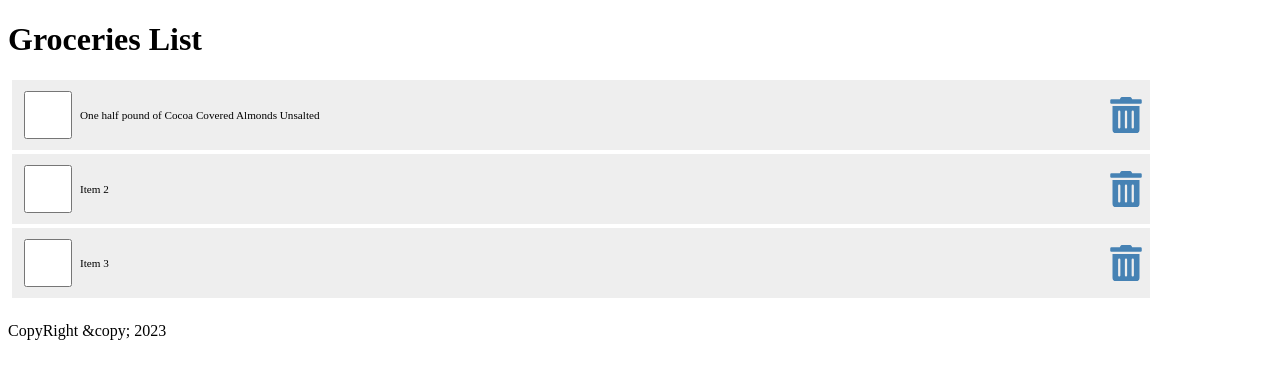
Repository: akinmiday/react-series
Page: /
An editor plug-in stored every save of this project. The page is shown before and after the next save, followed by the edit.
The browser window is 1280 px wide. The pictures show the whole page.
The project was rebuilt for these pictures with package versions that can differ from the ones it lists, and the page was loaded fresh each time. Also part of the build but not shown: vite.config.js, src/index.css.

Above is the page before, as saved 2023-08-21 18:52:13.

### src/App.jsx
import './App.css'
import Content from './Content'
import Footer from './Footer'
import Header from './Header'

const App = () => {



  return (
    <>
      <Header />
      <Content />
      <Footer />
    </>
  )
}

export default App

### src/App.css
ul {
    width: 90%;
    list-style: none;
    padding: 0 0.25rem 0.25rem;
}

ul li::before{
    content: "\200B";
}

.item{
    display: flex;
    justify-content: flex-start;
    align-items: center;
    padding: 0.5rem 0 0.5rem 0.5rem;
    margin: 0.25rem 0;
    background-color: #eee;
}

.item input[type="checkbox"] {
    text-align: center;
    width: 2.5rem;
    width: 48px;
    min-width: 48px;
    height: 2.5rem;
    height: 48px;
    min-height: 48px;
    cursor: pointer;
    margin-right: 0.5rem;
}

.item input[type="checkbox"]:focus + label{
text-decoration: underline;
}

.item > label{
    font-size: 0.7rem;
    flex-grow: 1;
}

.item svg{
    width: 48px;
    min-width: 48px;
    height: 36px;
    font-size: 2px;
    color: steelblue;
    cursor: pointer;
}

.item svg:focus,
.item svg:hover{
    color: red;
    outline: none;
}

### src/Content.jsx
import { useState } from 'react'
import { FaTrashAlt } from "react-icons/fa"

const Content = () => {

    const [items, setItems] = useState([
        {
            id: 1,
            checked: false,
            item: "One half pound of Cocoa Covered Almonds Unsalted"
        },
        {
            id: 2,
            checked: false,
            item: "Item 2"
        },
        {
            id: 3,
            checked: false,
            item: "Item 3"

        }
    ])

    const handleCheck = (id) => {
        const listItems = items.map((item) => item.id === id ? { ...item, checked: !item.checked } : item)
        setItems(listItems)
        localStorage.setItem("shoppinglist", JSON.stringify(listItems))
    }

    const handleDelete = (id) => {
        const listItems = items.filter((item) => item.id !== id)
        setItems(listItems)
        localStorage.setItem("shoppinglist", JSON.stringify(listItems))
    }


    return (
        <>
            {items.length ? (
                <ul>
                    {items.map((item) => (
                        <li className='item' key={item.id} >
                            <input
                                type='checkbox'
                                checked={item.checked}
                                onChange={() => handleCheck(item.id)}
                            />
                            <label
                                style={(item.checked) ? { textDecoration: 'line-through' } : null}
                                onDoubleClick={() => handleCheck(item.id)}
                            >{item.item}</label>
                            <FaTrashAlt
                                onClick={() => handleDelete(item.id)}
                                role='button'
                                tabIndex="0"
                            />
                        </li>
                    ))}
                </ul>
            ) : (
                <p style={{ marginTop: '2rem' }} >Your List is empty</p>
            )}
        </>
    )
}

export default Content

### src/Footer.jsx
const Footer = () => {
  const year = new Date()
  return (
    <div>
      <p>{`CopyRight &copy; ${year.getFullYear()}`} </p>
    </div>
  )
}

export default Footer

### src/Header.jsx
const Header = () => {
    return (
        <header>
            <h1>Groceries List</h1>
        </header>
    )
}

export default Header

Loaded but not shown: index.html (common file); src/main.jsx (common file)

After the next save:
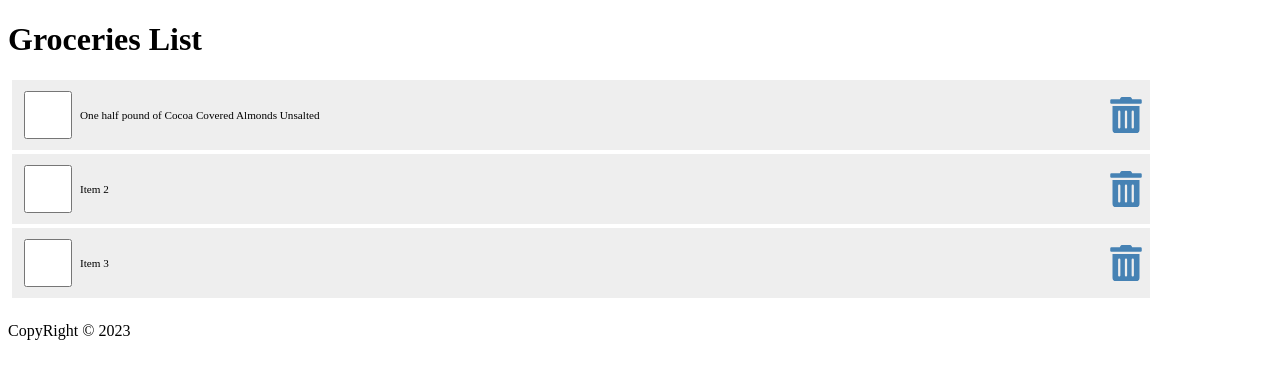
Saved 43 s later.
--- a/src/Footer.jsx
+++ b/src/Footer.jsx
@@ -2,7 +2,7 @@ const Footer = () => {
   const year = new Date()
   return (
     <div>
-      <p>{`CopyRight &copy; ${year.getFullYear()}`} </p>
+      <p>CopyRight &copy; {year.getFullYear()} </p>
     </div>
   )
 }
